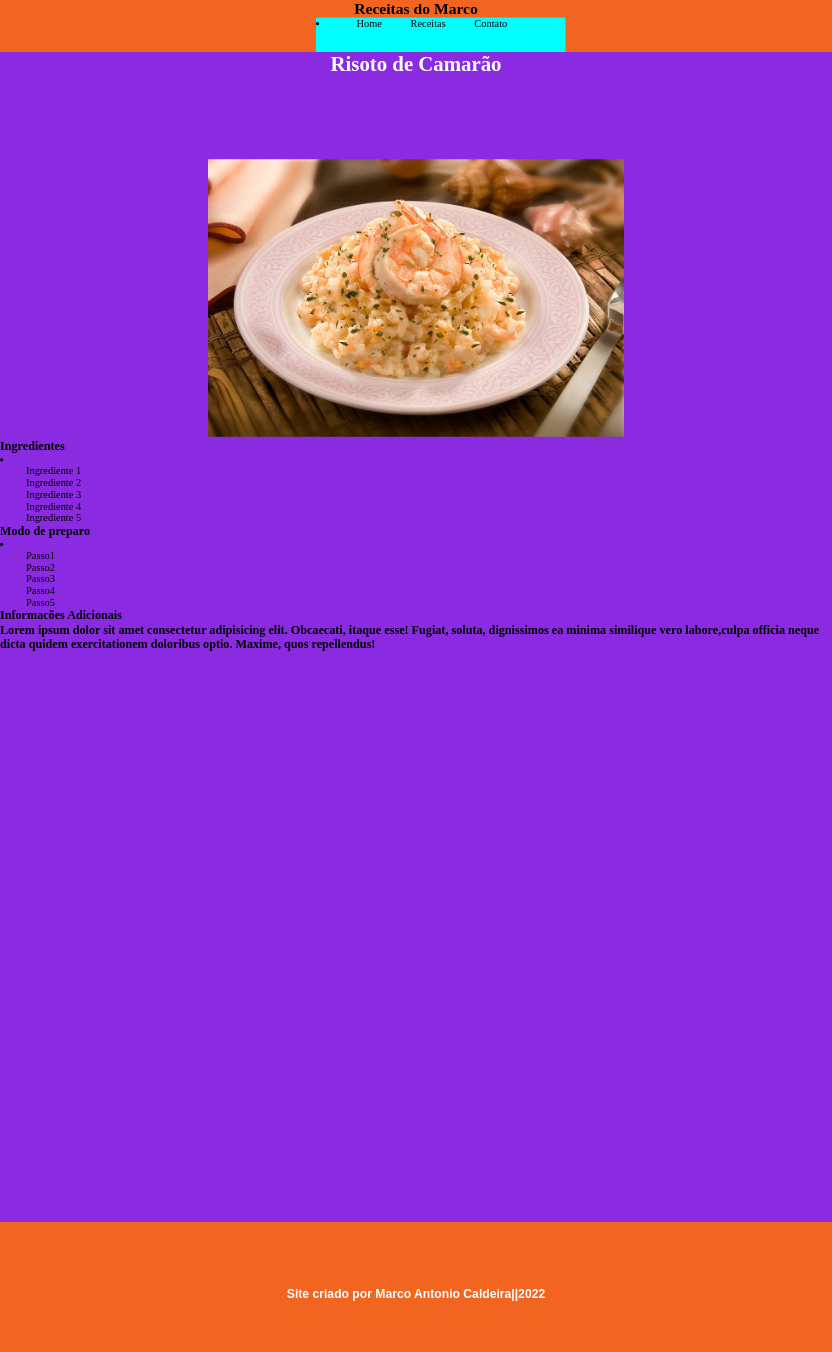
Repository: MarcoantonioCaldeira/Aprendizados-e-Conhecimentos
Page: Receitas da Casa/index.html
The author's editor kept a copy of each file at every save. The page is drawn from the files as they stood at one save, then again after the next save.
The browser window is 1280 px wide. The pictures show the whole page, at 65% of full size.

Above is the page before, as saved 2022-05-26 00:03:22.

### Receitas da Casa/index.html
<!DOCTYPE html>
<html>
    <head>
    <meta charset="utf-8">
    <title>Receitas do Marco</title>
    <link rel="stylesheet" text="css" href="css/estilo.css">
    <style>

    </style>
    </head>
    <body>
        <header id="topo">
            <nav>
               <h1>Receitas do Marco</h1>
               <li class="li-topo">
                  <ul class="ul-topo" href="#">Home</ul>
                  <ul class="ul-topo" href="#">Receitas</ul>
                  <ul class="ul-topo" href="#">Contato</ul>
                </li>
            </nav>
        </header>
        <main id="corpo">
            <h1 class="titulo-receita">Risoto de Camarão</h1>
            <figure>
                <img class="img_receita" src="imagens/imagem_receita.jpg">
            </figure>
            <article>
                <h3>Ingredientes</h3>
               <li>
                   <ul>Ingrediente 1</ul>
                   <ul>Ingrediente 2</ul>
                   <ul>Ingrediente 3</ul>
                   <ul>Ingrediente 4</ul>
                   <ul>Ingrediente 5</ul>
               </li>


               <h3>Modo de preparo</h3>
               <li>
                   <ul>Passo1</ul>
                   <ul>Passo2</ul>
                   <ul>Passo3</ul>
                   <ul>Passo4</ul>
                   <ul>Passo5</ul>
               </li>


                <h3>Informacões Adicionais</h3>

                <h3>Lorem ipsum dolor sit amet consectetur adipisicing elit. Obcaecati, itaque esse!
                   Fugiat, soluta, dignissimos ea minima similique vero labore,culpa officia neque dicta
                   quidem exercitationem doloribus optio. Maxime, quos repellendus!</h3>
            </article>
        </main>
        <footer id="rodape">
                <div class="agradecimentos-rodape">
                    <h3>Site criado por Marco Antonio Caldeira||2022</h3>
                </div>
        </footer>
    </body>
</html>

### Receitas da Casa/css/estilo.css
*{
    margin: 0;
}



h1{
    text-align: center;
}

#topo{
    width: 100%;
    background-color:rgb(241, 101, 32);
    height: 80px;
}

.li-topo{
    background-color: aqua;
    height: 100px;
    width: 30%;
    margin-left: 38%;
}

.ul-topo{
    display: inline;
}


#corpo{
    width: 100%;
    height: 1800px;
    background-color: blueviolet;
}

.img_receita{
    position:relative;
    margin-left: 25%;
    margin-top: 10%;
    width:50%;
}

.titulo-receita{
    color:white;
}

#rodape{
    background-color: rgb(241, 101, 32);
    width: 100%;
    height: 200px;
}

.agradecimentos-rodape{
    position: relative;
    top: 50%;
    color:white;
    font-family: arial;
    text-align: center;
}

After the next save:
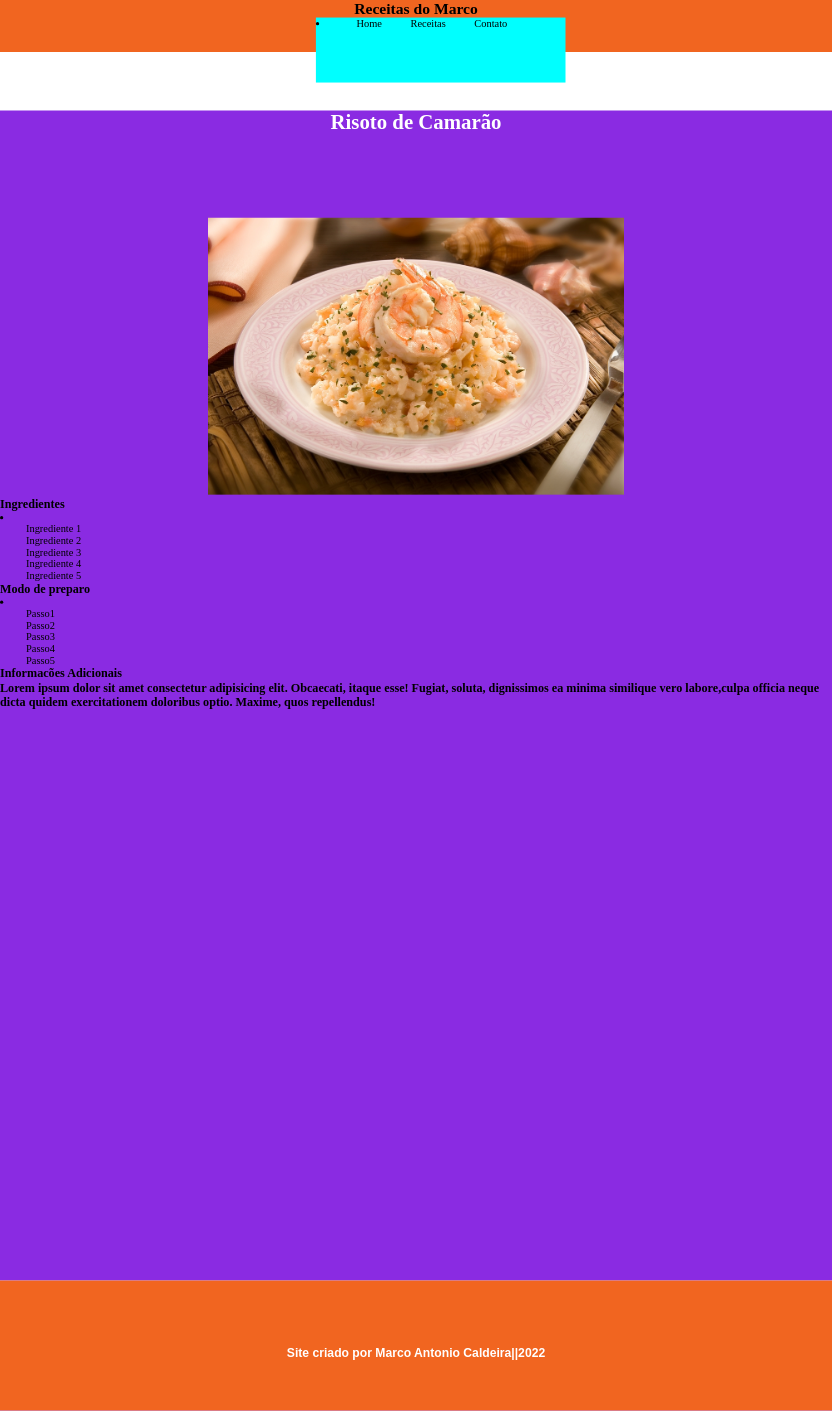
Saved 88 s later.
--- a/Receitas da Casa/css/estilo.css
+++ b/Receitas da Casa/css/estilo.css
@@ -40,6 +40,8 @@
 }
 
 .titulo-receita{
+    position: relative;
+    margin-top:7%;
     color:white;
 }
 

After the save that followed:
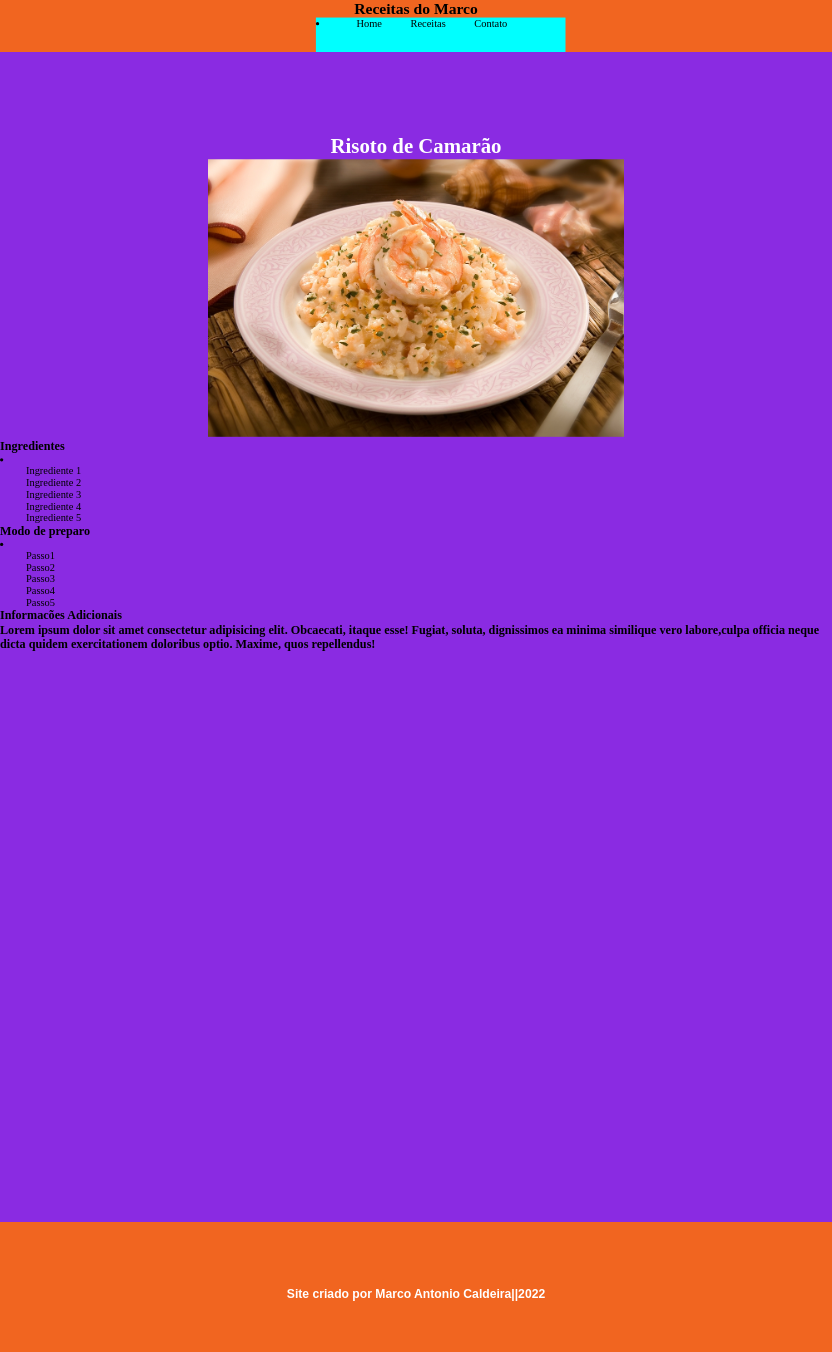
Saved 9 s later.
--- a/Receitas da Casa/css/estilo.css
+++ b/Receitas da Casa/css/estilo.css
@@ -41,7 +41,7 @@
 
 .titulo-receita{
     position: relative;
-    margin-top:7%;
+    top:7%;
     color:white;
 }
 
